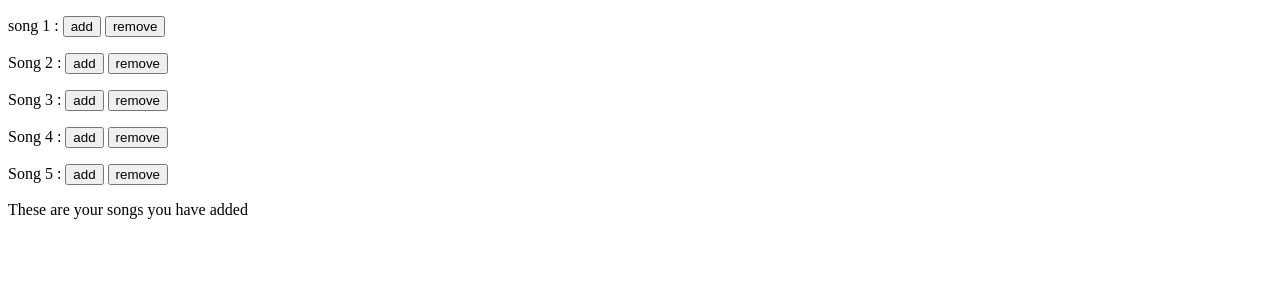
Repository: Kushal18/referesher_assignment1
Page: Html5/WebContent/localStorage.html
These files come from the project's save history. The page is drawn as it stood at one moment and after the next save; the edit follows.
The browser window is 1280 px wide. The pictures show the whole page.

Above is the page before, as saved 2016-09-17 11:57:02.

### Html5/WebContent/localStorage.html
<!DOCTYPE html>
<html>
<title>My Music Play List</title>
<body>
<p>song 1 :  <input type = "button" value="add" onclick="add()" >
<input type = "button" value="remove" onclick="remove()" ></p>
<p>Song 2 :  <input type = "button" value="add" onclick="add()">
<input type = "button" value="remove" onclick="remove()" ></p>
<p>Song 3 : <input type = "button" value="add" onclick="add()" >
<input type = "button" value="remove" onclick="remove()" ></p>
<p>Song 4 : <input type = "button" value="add" onclick="add()">
<input type = "button" value="remove" onclick="remove()" ></p>
<p>Song 5 :  <input type = "button" value="add" onclick="add()">
<input type = "button" value="remove" onclick="remove()"></p>
<p>These are your songs you have added</p>
<div id="song1"></div>
<div id="song2"></div>
<div id="song3"></div>
<div id="song4"></div>
<div id="song5"></div>
<Script>
function loadSongs(){
	if(localStorage.song1 && Number(localStorage.song1) !=0){
		document.getElementById("song1").innerHTML = "song1";
	} else if(localStorage.song1 && Number(localStorage.song1) == 0){
		document.getElementById("song1").innerHTML = "";
	}
}
function add(){
	if(typeof(Storage)!== "undefined"){
		if (localStorage.song1) {
		localStorage.song1 = Number(localStorage.song1)+1;
		} else{
			localStorage.song1 = 1;
		}
		loadSongs();
		}else{
			document.getElementById("song1").innerHTML = "Sorry, your browser does not support web storage...";
		}

	}
</Script>


</body>
</html>

After the next save:
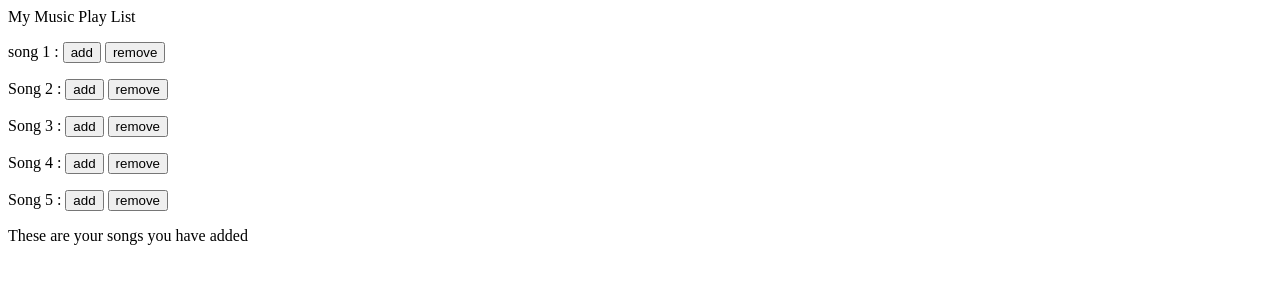
Saved 77 s later.
--- a/Html5/WebContent/localStorage.html
+++ b/Html5/WebContent/localStorage.html
@@ -1,5 +1,6 @@
 <!DOCTYPE html>
 <html>
+<meta charset="ISO-8859-1"
 <title>My Music Play List</title>
 <body>
 <p>song 1 :  <input type = "button" value="add" onclick="add()" >

After the save that followed:
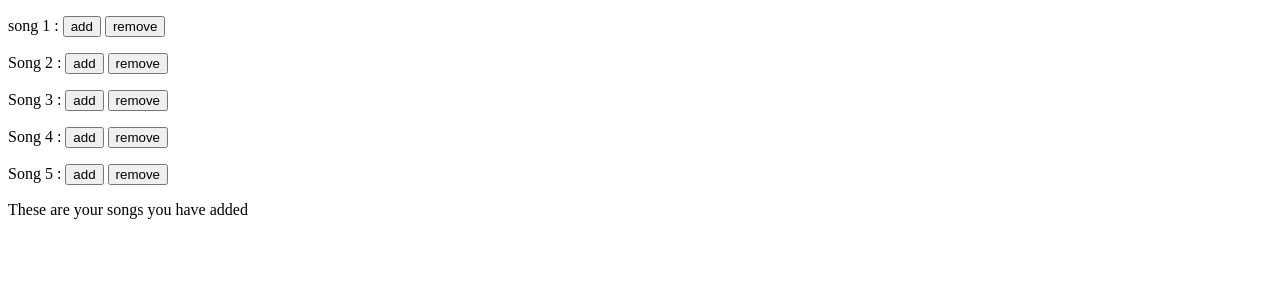
Saved 33 s later.
--- a/Html5/WebContent/localStorage.html
+++ b/Html5/WebContent/localStorage.html
@@ -1,7 +1,8 @@
 <!DOCTYPE html>
 <html>
-<meta charset="ISO-8859-1"
+<head>
 <title>My Music Play List</title>
+</head>
 <body>
 <p>song 1 :  <input type = "button" value="add" onclick="add()" >
 <input type = "button" value="remove" onclick="remove()" ></p>
